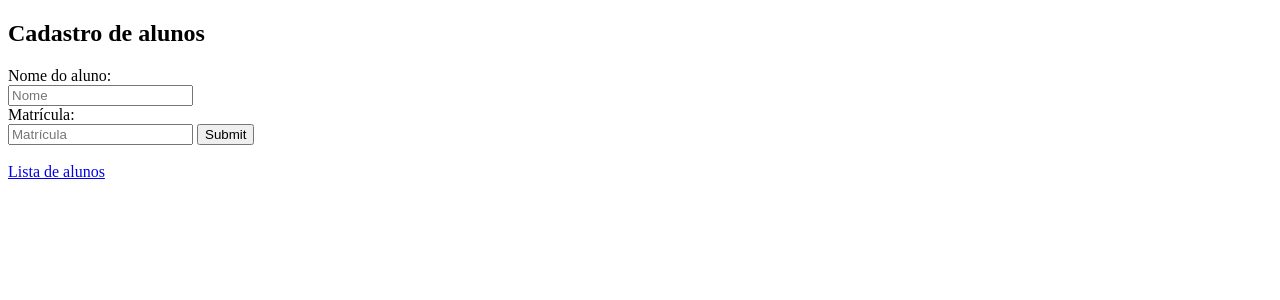
Repository: lorenavasconcellos/Trabalhos-WEB2
Page: CadastroAlunos/src/main/webapp/cadastrar_aluno.html
These files come from the project's save history. The page is drawn as it stood at one moment and after the next save; the edit follows.
The browser window is 1280 px wide. The pictures show the whole page.

Above is the page before, as saved 2022-12-01 11:27:33.

After the next save:
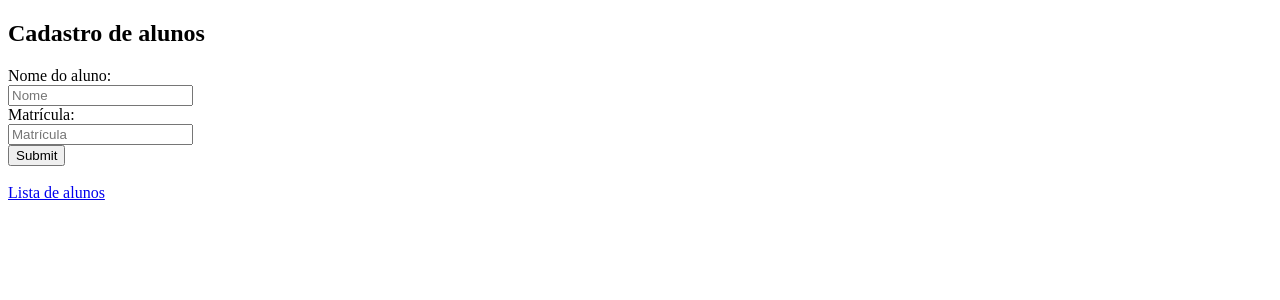
Saved 26 s later.
--- a/CadastroAlunos/src/main/webapp/cadastrar_aluno.html
+++ b/CadastroAlunos/src/main/webapp/cadastrar_aluno.html
@@ -11,7 +11,7 @@
 		<label for="nome">Nome do aluno:</label><br>
 		<input id="nome" type="text" placeholder="Nome"><br>
 		<label for="matricula">Matrícula:</label><br>
-		<input id="matricula" type="number" placeholder="Matrícula">
+		<input id="matricula" type="number" placeholder="Matrícula"><br>
 		<input type="submit"><br><br>
 	</form>
 	<a href="./index.html">Lista de alunos</a>
